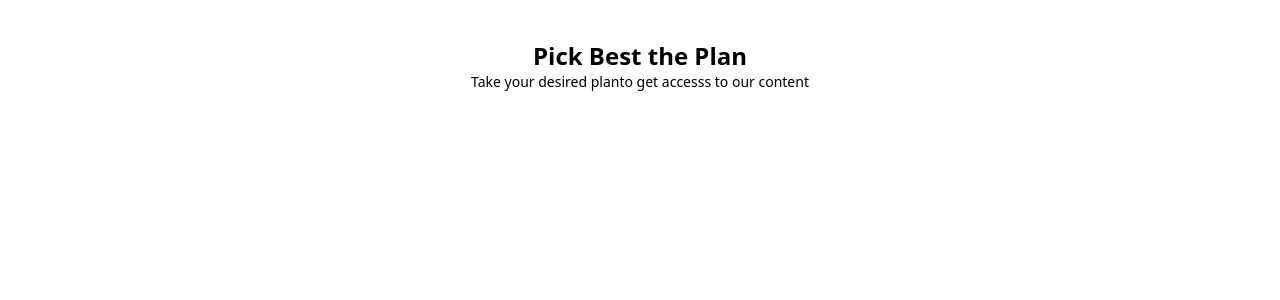
Repository: GAURAV-KUMAR22/restro-food-order-app
Page: /package (app in qr-app/)
These files come from the project's save history. The page is drawn as it stood at one moment and after the next save; the edit follows.
The browser window is 1280 px wide. The pictures show the whole page.
The page's requests for data from a server got no answer. The project was rebuilt for these pictures with package versions that can differ from the ones it lists, and the page was loaded fresh each time. No one was signed in, and anything a server would have sent is missing. Also part of the build but not shown: qr-app/vite.config.js, qr-app/src/Services/ProtectedRoutes.jsx, qr-app/src/components/CardItem.jsx, qr-app/src/components/CardDetails.jsx, qr-app/src/components/Client/CategoryCard.jsx, qr-app/src/Services/Socket.js, qr-app/src/components/Client/OrderStatusCard.jsx, qr-app/src/components/Client/SearchInput.jsx and 51 more.

Above is the page before, as saved 2025-06-26 15:01:28.

After the next save:
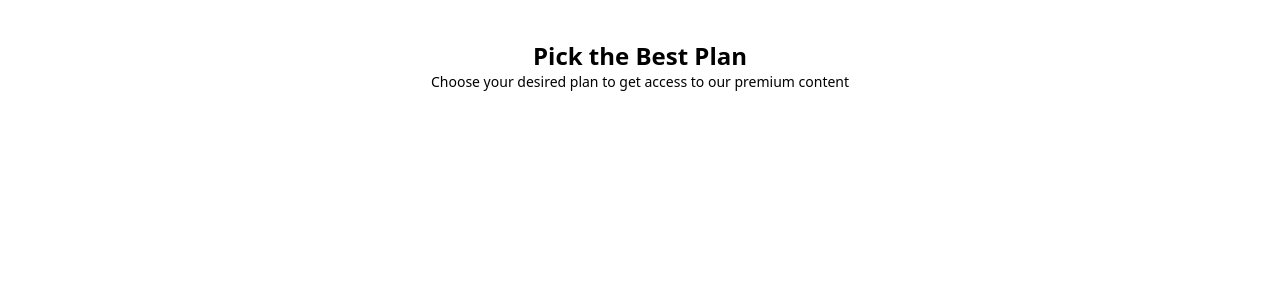
Saved 55 s later.
--- a/qr-app/src/Pages/Admin/Package.jsx
+++ b/qr-app/src/Pages/Admin/Package.jsx
@@ -1,19 +1,25 @@
 import { loadStripe } from "@stripe/stripe-js";
 import publicAxios from "../../Services/PublicAxios";
+import PrivateAxios from "../../Services/PrivateAxios"; // make sure this exists
 import toast from "react-hot-toast";
 import React, { useCallback, useEffect, useState } from "react";
-// const stripePromise = loadStripe(import.meta.env.VITE_STRIPE_PUBLIC_KEY); // Use env var
+import { FaRupeeSign } from "react-icons/fa";
+
+// ✅ Only load Stripe once globally
+const stripePromise = loadStripe(import.meta.env.VITE_STRIPE_PUBLIC_KEY);
 
 export const Package = () => {
+  const [packageItems, setPackageItems] = useState([]);
+
+  // ✅ Fetch packages
   const handleFetchData = useCallback(async () => {
     try {
       const response = await PrivateAxios.get("/subscription/package");
-      console.log(response);
-      if (response.status !== 200) {
-        toast.error("Response failed");
-        return;
+      if (response.status === 200) {
+        setPackageItems(response.data.content);
+      } else {
+        toast.error("Failed to fetch packages");
       }
-      setpackageItems(response.data.content);
     } catch (error) {
       toast.error("An error occurred while fetching packages");
     }
@@ -22,15 +28,12 @@ export const Package = () => {
   useEffect(() => {
     handleFetchData();
   }, [handleFetchData]);
-  const stripePromise = loadStripe(
-    "pk_test_51O2WGcSA02nW7pkxCKXqCijIhEuhKgPD57LOBDwasoGQB1VC63YB6djiYl24Edgtls2fYzxs7OteuDDIODEx7RPS00OXIs82xe"
-  );
-  const [packageItem, setpackageItems] = useState([]);
+
+  // ✅ Stripe checkout
   const handleCheckout = async (data) => {
     try {
       const stripe = await stripePromise;
 
-      // 1. Create checkout session on the server
       const response = await publicAxios.post(
         "/payment/create-checkout-session",
         {
@@ -41,7 +44,6 @@ export const Package = () => {
 
       const session = response.data;
 
-      // 2. Redirect to Stripe Checkout
       const result = await stripe.redirectToCheckout({ sessionId: session.id });
 
       if (result.error) {
@@ -53,27 +55,28 @@ export const Package = () => {
       toast.error("Something went wrong during checkout");
     }
   };
+
   return (
-    <div className=" h-full mt-10 px-10">
-      <h1 className="text-2xl font-bold text-center">Pick Best the Plan</h1>
+    <div className="h-full mt-10 px-10">
+      <h1 className="text-2xl font-bold text-center">Pick the Best Plan</h1>
       <p className="text-center text-sm">
-        Take your desired planto get accesss to our content
+        Choose your desired plan to get access to our premium content
       </p>
+
       <div
         className="flex flex-col sm:flex-row justify-center overflow-x-scroll my-10 gap-12 scroll-smooth snap-center"
         style={{ scrollbarWidth: "none" }}
       >
-        {packageItem.map((item, index) => {
-          const centerIndex = Math.floor(packageItem.length / 2);
+        {packageItems.map((item, index) => {
+          const centerIndex = Math.floor(packageItems.length / 2);
           const offset = index - centerIndex;
-          const rotationClass = `rotate-[${offset * 2}deg] translate-y-[${
-            Math.abs(offset) * 4
-          }px]`;
+          const rotation = offset * 2;
+          const translateY = Math.abs(offset) * 4;
 
           return (
             <div
               key={index}
-              className={`min-w-[280px] w-[300px] h-[600px] bg-blue-100 shadow-xl p-6 rounded-xl transition-transform duration-500 hover:scale-105 flex flex-col justify-between items-center ${rotationClass}`}
+              className={`min-w-[280px] w-[300px] h-[600px] bg-blue-100 shadow-xl p-6 rounded-xl transition-transform duration-500 hover:scale-105 flex flex-col justify-between items-center transform rotate-[${rotation}deg] translate-y-[${translateY}px]`}
             >
               <h2 className="text-2xl font-bold text-center">{item.title}</h2>
 
@@ -106,7 +109,10 @@ export const Package = () => {
 
               <button
                 onClick={() =>
-                  handleCheckout({ title: item.title, price: item.price })
+                  handleCheckout({
+                    title: item.title,
+                    price: item.offerPrice || item.price,
+                  })
                 }
                 className="mt-6 bg-blue-500 text-white px-4 py-2 rounded hover:bg-blue-600"
               >
